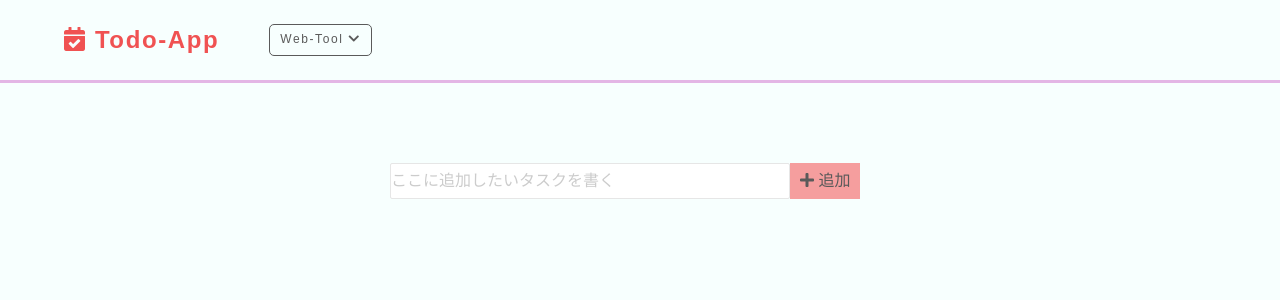
Repository: Hiroshii-m/todo_vue
Page: index.html
The author's editor kept a copy of each file at every save. The page is drawn from the files as they stood at one save, then again after the next save.
The browser window is 1280 px wide. The pictures show the whole page.
The style sheet was rebuilt from its Sass, Less or Tailwind sources for each picture, by a compiler version that may differ from the author's.

Above is the page before, as saved 2021-06-26 18:14:09.

### index.html
<!DOCTYPE html>
<html lang="en">
<head>
    <meta charset="UTF-8">
    <meta http-equiv="X-UA-Compatible" content="IE=edge">
    <meta name="viewport" content="width=device-width, initial-scale=1.0">
    <link rel="stylesheet" href="node_modules/@fortawesome/fontawesome-free/css/all.css">
    <link rel="stylesheet" href="dist/css/style.css">
    <title>TODO APP Vue</title>
</head>
<body class="u-bgColor-base">

    <!-- header -->
    <header id="l-header" class="u-border-bottom">
        <div class="c-header">
            <h2 class="c-header__home">
                <i class="fas fa-calendar-check"></i>
                <a class="c-header__text" href="">Todo-App</a>
            </h2>
            <h3 class="c-header__other">
                Web-Tool
                <i class="fas fa-chevron-down"></i>
            </h3>
        </div>
    </header><!-- /header -->

    <!-- main -->
    <section id="l-main">
        <div class="c-main">
            <div id="l-addTask">
                <div class="c-addTask">
                    <input type="text" class="c-addTask__input" placeholder="ここに追加したいタスクを書く">
                    <button class="c-addTask__add">
                        <i class="fas fa-plus"></i>
                        追加
                    </button>
                </div>
            </div>
            <div id="l-search"></div>
            <div id="l-list"></div>
        </div>
    </section>
    <!-- /main -->

</body>
</html>

### src/scss/style.scss

// ======================================
// foundation
// ======================================
@use 'foundation/reset';
@use 'foundation/variables';
@use 'foundation/base';
// ======================================
// layout
// ======================================
#l-header {
    width: 100%;
}
#l-main {
    padding: 80px;
}
// ======================================
// object
// ======================================
// Component
// **************************************
.c-header {
    width: 90%;
    height: 80px;
    margin: 0 auto;
    display: flex;
    align-items: center;
    &__home {
        margin-right: 50px;
        font-weight: bold;
        color: var(--color_red);
        font-size: var(--font-size_xl);
    }
    &__other {
        font-size: var(--font-size_s);
        padding: var(--space_s) var(--space_m);
        border: 1px solid var(--font-color_default);
        border-radius: 5px;
        cursor: pointer;
    }
}
.c-main {
    width: var(--site-width_xxl);
    margin: 0 auto;
}
.c-addTask {
    display: flex;
    max-width: 500px;
    margin: 0 auto;
    &__input {
        width: 80%;
        border: 1px solid var(--border-color_default);
        border-radius: 2px;
    }
    &__add {
        background: var(--color_pink);
        padding: var(--space_s) var(--space_m);
    }
}
// Project
// **************************************
// Utility
// **************************************
.u-border {
    &-bottom {
        border-bottom: 3px solid var(--color_accent);
    }
}
.u-bgColor {
    &-base {
        background: var(--color_base);
    }
}

### src/scss/foundation/_variables.scss
:root {
    --font-color_default: #5A5A5A;
    --color_base: #F7FFFE;
    --color_accent: #E3B6E5;
    --color_green: #C3E8C7;
    --color_sky: #C8E4F4;
    --color_red: #F05252;
    --color_blue: #25A1EF;
    --color_pink: #f59e9e;
    --border-color_default: #E6E6E6;


    --site-width_xxl: 780px;
    --site-width_xl: 680px;
    --site-width_md: 580px;
    --site-width_ms: 414px;

    --font-size_s: 12px;
    --font-size_m: 14px;
    --font-size_default: 16px;
    --font-size_l: 18px;
    --font-size_xl: 24px;
    --font-size_xxl: 28px;
    --font-size_3l: 38px;


    --space_s: 5px;
    --space_m: 10px;
    --space_l: 15px;
    --space_xl: 20px;
    --space_xxl: 30px;
    --space_3l: 40px;

    --font-family_default: "メイリオ", sans-serif;
}

### src/scss/foundation/_base.scss
html, body {
    width: 100%;
    color: var(--font-color_default);
    line-height: 1.6;
    font-family: var(--font-family_default);
    letter-spacing: 0.1em;
}

p, a {
    -webkit-font-smoothing: antialiased;
}

img {
    width: 100%;
    height: 100%;
    vertical-align: bottom;
    object-fit: cover;
}

input {
    display: block;
    width: 100%;
    background: #fff;
}

textarea {
    resize: vertical;
    height: 30px;
}

::placeholder {
    color: #ccc;
}

iframe {
    width: 100%;
}

i {
    cursor: pointer;
}

Loaded but not shown: node_modules/@fortawesome/fontawesome-free/css/all.css (library); src/scss/foundation/_reset.scss (common file)

After the next save:
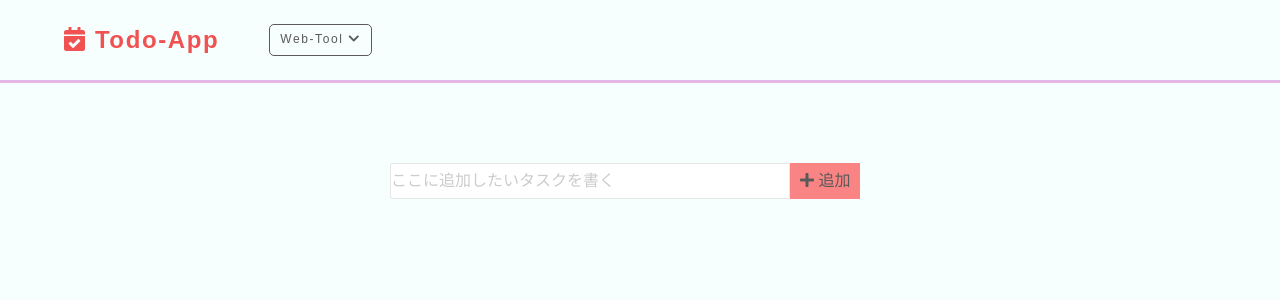
Saved 10 s later.
--- a/src/scss/foundation/_variables.scss
+++ b/src/scss/foundation/_variables.scss
@@ -6,7 +6,7 @@
     --color_sky: #C8E4F4;
     --color_red: #F05252;
     --color_blue: #25A1EF;
-    --color_pink: #f59e9e;
+    --color_pink: #fa8484;
     --border-color_default: #E6E6E6;
 
 
